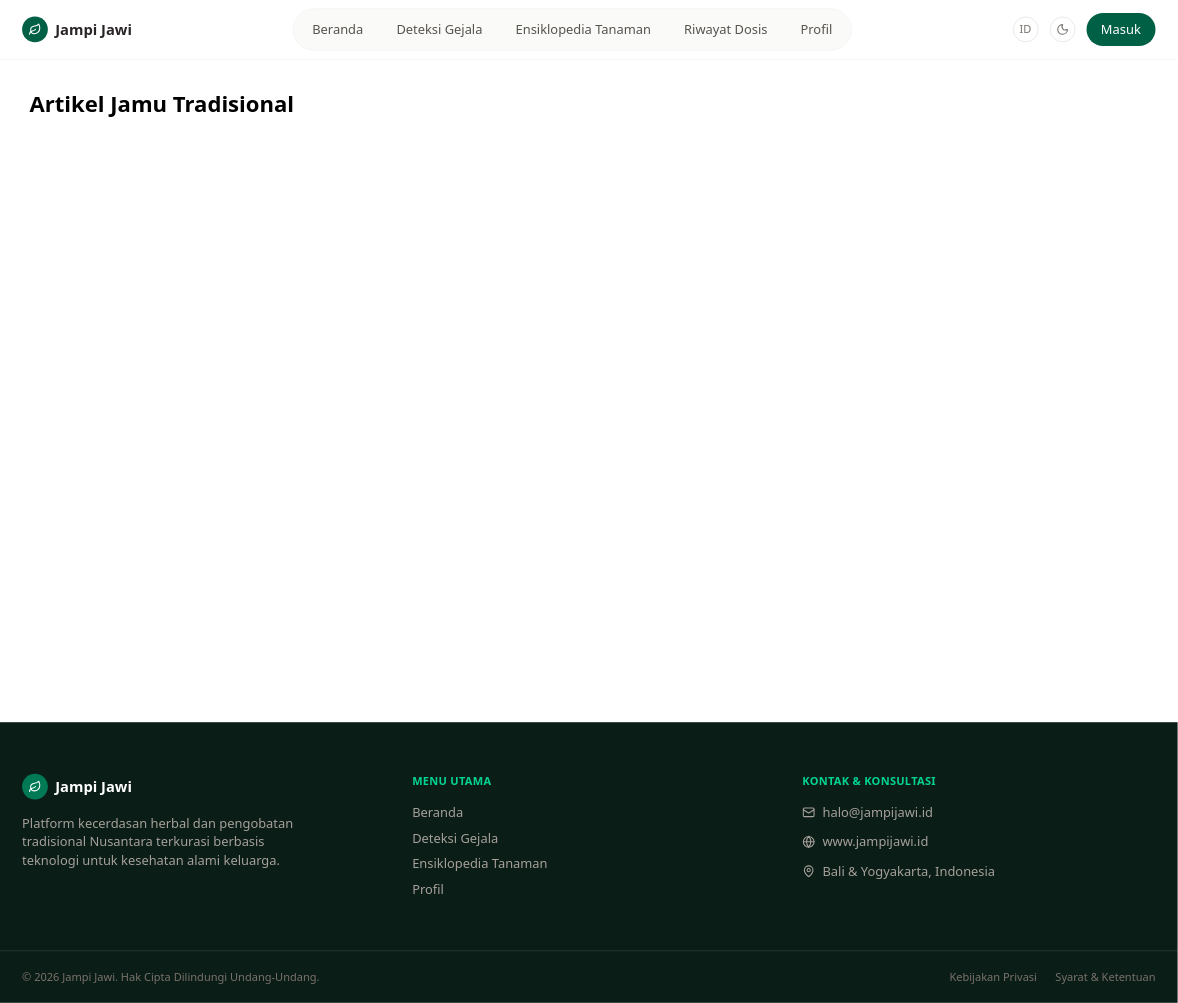
Repository: VergiMutiaRahmasyani/JampiJawi
Page: /artikel
These files come from the project's save history. The page is drawn as it stood at one moment and after the next save; the edit follows.
The browser window is 1280 px wide. The pictures show the whole page, at 92% of full size.
The project was rebuilt for these pictures with package versions that can differ from the ones it lists, and the page was loaded fresh each time. Also part of the build but not shown: vite.config.js, src/components/shared/ProtectedRoute.jsx, src/pages/HomePage.jsx, src/pages/LoginPage.jsx, src/pages/RegisterPage.jsx, src/pages/EnsiklopediaPage.jsx, src/pages/DetailHerbalPage.jsx, src/pages/RekomendasiPage.jsx and 5 more.

Above is the page before, as saved 2026-09-09 20:20:43.

### index.html
<!doctype html>
<html lang="en">
  <head>
    <meta charset="UTF-8" />
    <link rel="icon" type="image/svg+xml" href="/favicon.svg" />
    <meta name="viewport" content="width=device-width, initial-scale=1.0" />
    <title>jampijawi</title>
  </head>
  <body>
    <div id="root"></div>
    <script type="module" src="/src/main.jsx"></script>
  </body>
</html>

### src/App.jsx
import { BrowserRouter, Routes, Route } from "react-router-dom";
import { AuthProvider } from "./context/AuthContext";
import Navbar from "./components/layout/Navbar";
import Footer from "./components/layout/Footer";
import ProtectedRoute from "./components/shared/ProtectedRoute";

import HomePage from "./pages/HomePage";
import LoginPage from "./pages/LoginPage";
import RegisterPage from "./pages/RegisterPage";
import EnsiklopediaPage from "./pages/EnsiklopediaPage";
import DetailHerbalPage from "./pages/DetailHerbalPage";
import RekomendasiPage from "./pages/RekomendasiPage";
import HasilRekomendasiPage from "./pages/HasilRekomendasiPage";
import KonsultasiPage from "./pages/KonsultasiPage";
import ArtikelPage from "./pages/ArtikelPage";
import DetailArtikelPage from "./pages/DetailArtikelPage";
import RiwayatPage from "./pages/RiwayatPage";
import ProfilPage from "./pages/ProfilPage";

function App() {
  return (
    <BrowserRouter>
      <AuthProvider>
        <Navbar />
        <main className="min-h-screen">
          <Routes>
            <Route path="/" element={<HomePage />} />
            <Route path="/login" element={<LoginPage />} />
            <Route path="/register" element={<RegisterPage />} />

            <Route path="/ensiklopedia" element={<EnsiklopediaPage />} />
            <Route path="/ensiklopedia/:slug" element={<DetailHerbalPage />} />

            <Route path="/rekomendasi" element={<RekomendasiPage />} />
            <Route path="/rekomendasi/hasil/:id" element={<HasilRekomendasiPage />} />

            <Route path="/konsultasi" element={<KonsultasiPage />} />

            <Route path="/artikel" element={<ArtikelPage />} />
            <Route path="/artikel/:slug" element={<DetailArtikelPage />} />

            <Route
              path="/riwayat"
              element={
                <ProtectedRoute>
                  <RiwayatPage />
                </ProtectedRoute>
              }
            />
            <Route
              path="/profil"
              element={
                <ProtectedRoute>
                  <ProfilPage />
                </ProtectedRoute>
              }
            />
          </Routes>
        </main>
        <Footer />
      </AuthProvider>
    </BrowserRouter>
  );
}

export default App;

### src/context/AuthContext.jsx
import { createContext, useContext, useState, useEffect } from "react";

const AuthContext = createContext(undefined);

export function AuthProvider({ children }) {
  const [user, setUser] = useState(null);
  const [token, setToken] = useState(null);
  const [isLoading, setIsLoading] = useState(true);

  useEffect(() => {
    const storedToken = localStorage.getItem("jamujawi_token");
    const storedUser = localStorage.getItem("jamujawi_user");
    if (storedToken && storedUser) {
      setToken(storedToken);
      setUser(JSON.parse(storedUser));
    }
    setIsLoading(false);
  }, []);

  const login = (newToken, newUser) => {
    localStorage.setItem("jamujawi_token", newToken);
    localStorage.setItem("jamujawi_user", JSON.stringify(newUser));
    setToken(newToken);
    setUser(newUser);
  };

  const logout = () => {
    localStorage.removeItem("jamujawi_token");
    localStorage.removeItem("jamujawi_user");
    setToken(null);
    setUser(null);
  };

  return (
    <AuthContext.Provider value={{ user, token, login, logout, isLoading }}>
      {children}
    </AuthContext.Provider>
  );
}

export function useAuth() {
  const context = useContext(AuthContext);
  if (!context) throw new Error("useAuth must be used within AuthProvider");
  return context;
}

### src/components/layout/Navbar.jsx
import { Link, useLocation } from "react-router-dom";
import { Leaf, Moon, LogOut, User } from "lucide-react";
import { useAuth } from "../../context/AuthContext";

const menu = [
  { label: "Beranda", to: "/" },
  { label: "Deteksi Gejala", to: "/rekomendasi" },
  { label: "Ensiklopedia Tanaman", to: "/ensiklopedia" },
  { label: "Riwayat Dosis", to: "/riwayat" },
  { label: "Profil", to: "/profil" },
];

export default function Navbar() {
  const { pathname } = useLocation();
  const { user, logout } = useAuth();

  return (
    <header className="sticky top-0 z-50 bg-white/80 backdrop-blur border-b border-stone-100">
      <div className="max-w-7xl mx-auto px-6 h-16 flex items-center justify-between">
        {/* Logo */}
        <Link to="/" className="flex items-center gap-2 font-semibold text-stone-800">
          <span className="w-7 h-7 rounded-full bg-emerald-800 flex items-center justify-center">
            <Leaf size={14} className="text-white" />
          </span>
          Jampi Jawi
        </Link>

        {/* Pill menu tengah */}
        <nav className="hidden md:flex items-center gap-1 bg-stone-50 border border-stone-100 rounded-full p-1">
          {menu.map(({ label, to }) => {
            const active = pathname === to;
            return (
              <Link
                key={to}
                to={to}
                className={`px-4 py-2 rounded-full text-sm font-medium transition ${
                  active
                    ? "bg-emerald-800 text-white"
                    : "text-stone-600 hover:text-stone-900"
                }`}
              >
                {label}
              </Link>
            );
          })}
        </nav>

        {/* Ikon kanan */}
        <div className="flex items-center gap-3">
          <button className="text-xs font-medium text-stone-500 hover:text-stone-800 w-7 h-7 rounded-full border border-stone-200 flex items-center justify-center">
            ID
          </button>
          <button className="text-stone-500 hover:text-stone-800 w-7 h-7 rounded-full border border-stone-200 flex items-center justify-center">
            <Moon size={14} />
          </button>

          {user ? (
            <>
              <Link
                to="/profil"
                className="w-8 h-8 rounded-full bg-emerald-100 text-emerald-800 flex items-center justify-center"
              >
                <User size={15} />
              </Link>
              <button
                onClick={logout}
                className="text-stone-400 hover:text-red-600"
                title="Logout"
              >
                <LogOut size={16} />
              </button>
            </>
          ) : (
            <Link
              to="/login"
              className="text-sm font-medium bg-emerald-800 text-white px-4 py-2 rounded-full"
            >
              Masuk
            </Link>
          )}
        </div>
      </div>
    </header>
  );
}

### src/components/layout/Footer.jsx
import { Link } from "react-router-dom";
import { Leaf, Mail, Globe, MapPin } from "lucide-react";

const menuUtama = [
  { label: "Beranda", to: "/" },
  { label: "Deteksi Gejala", to: "/rekomendasi" },
  { label: "Ensiklopedia Tanaman", to: "/ensiklopedia" },
  { label: "Profil", to: "/profil" },
];

export default function Footer() {
  return (
    <footer className="bg-[#0b1d17] text-stone-300">
      <div className="max-w-7xl mx-auto px-6 py-14 grid md:grid-cols-3 gap-10">
        {/* Kolom 1 — brand */}
        <div>
          <div className="flex items-center gap-2 font-semibold text-white">
            <span className="w-7 h-7 rounded-full bg-emerald-700 flex items-center justify-center">
              <Leaf size={14} className="text-white" />
            </span>
            Jampi Jawi
          </div>
          <p className="mt-4 text-sm text-stone-400 max-w-xs">
            Platform kecerdasan herbal dan pengobatan tradisional Nusantara
            terkurasi berbasis teknologi untuk kesehatan alami keluarga.
          </p>
        </div>

        {/* Kolom 2 — menu utama */}
        <div>
          <p className="text-xs font-semibold text-emerald-400 tracking-wide mb-4">
            MENU UTAMA
          </p>
          <ul className="space-y-2 text-sm">
            {menuUtama.map(({ label, to }) => (
              <li key={to}>
                <Link to={to} className="text-stone-400 hover:text-white transition">
                  {label}
                </Link>
              </li>
            ))}
          </ul>
        </div>

        {/* Kolom 3 — kontak */}
        <div>
          <p className="text-xs font-semibold text-emerald-400 tracking-wide mb-4">
            KONTAK & KONSULTASI
          </p>
          <ul className="space-y-3 text-sm text-stone-400">
            <li className="flex items-center gap-2">
              <Mail size={14} /> halo@jampijawi.id
            </li>
            <li className="flex items-center gap-2">
              <Globe size={14} /> www.jampijawi.id
            </li>
            <li className="flex items-center gap-2">
              <MapPin size={14} /> Bali & Yogyakarta, Indonesia
            </li>
          </ul>
        </div>
      </div>

      {/* Bottom bar */}
      <div className="border-t border-white/10">
        <div className="max-w-7xl mx-auto px-6 py-5 flex flex-col sm:flex-row justify-between items-center gap-3 text-xs text-stone-500">
          <p>© 2026 Jampi Jawi. Hak Cipta Dilindungi Undang-Undang.</p>
          <div className="flex gap-5">
            <a href="#" className="hover:text-white">Kebijakan Privasi</a>
            <a href="#" className="hover:text-white">Syarat & Ketentuan</a>
          </div>
        </div>
      </div>
    </footer>
  );
}

### src/pages/ArtikelPage.jsx
export default function ArtikelPage() {
  return (
    <div className="p-8">
      <h1 className="text-2xl font-bold">Artikel Jamu Tradisional</h1>
    </div>
  );
}

Loaded but not shown: src/main.jsx (common file); src/index.css (common file)

After the next save:
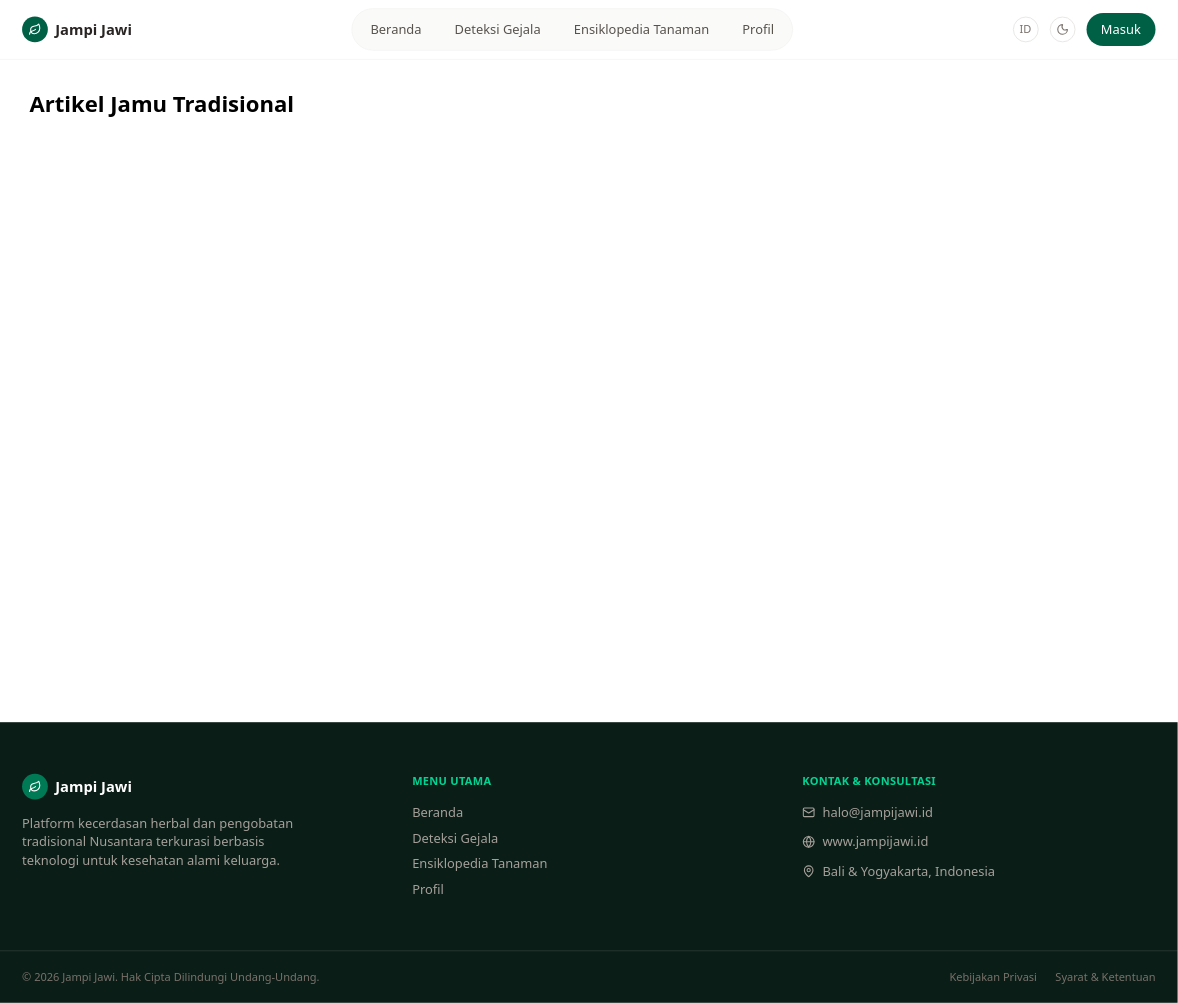
Saved 38 s later.
--- a/src/components/layout/Navbar.jsx
+++ b/src/components/layout/Navbar.jsx
@@ -6,7 +6,6 @@ const menu = [
   { label: "Beranda", to: "/" },
   { label: "Deteksi Gejala", to: "/rekomendasi" },
   { label: "Ensiklopedia Tanaman", to: "/ensiklopedia" },
-  { label: "Riwayat Dosis", to: "/riwayat" },
   { label: "Profil", to: "/profil" },
 ];
 
